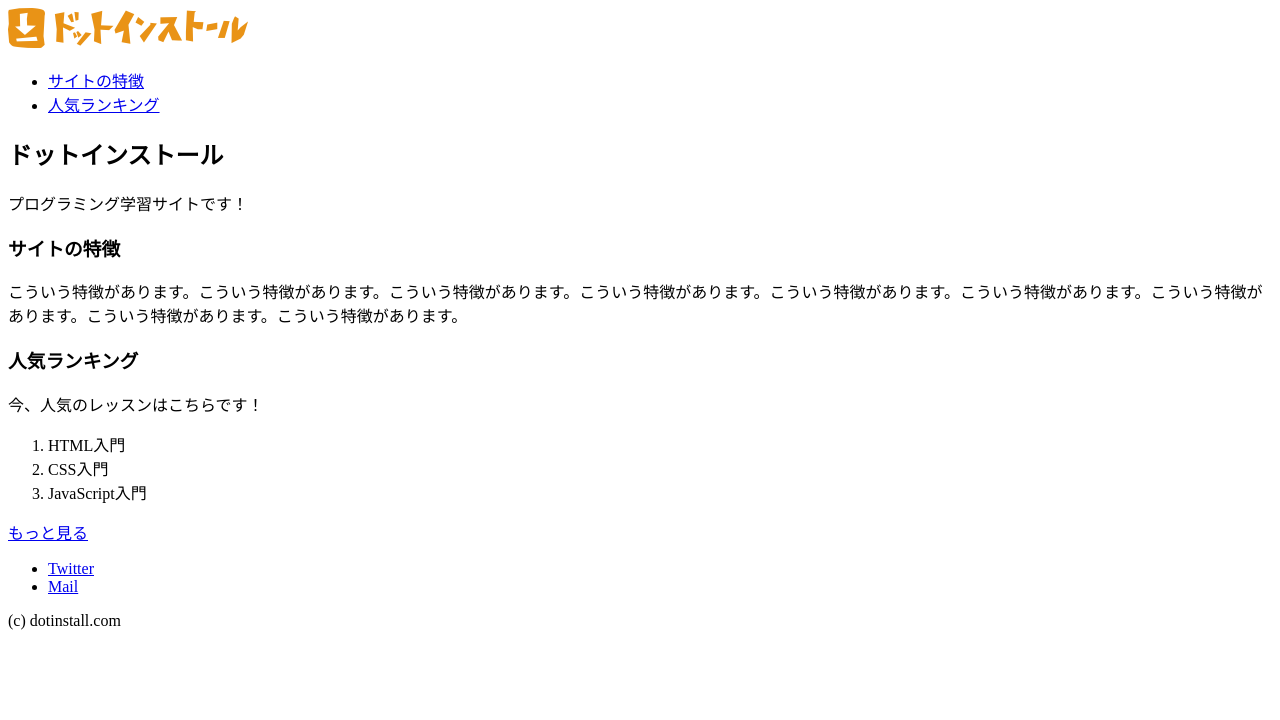
Repository: kojimayu/dotinstall-html
Page: index.html
The author's editor kept a copy of each file at every save. The page is drawn from the files as they stood at one save, then again after the next save.
The browser window is 1280 px wide. The pictures show the whole page.

Above is the page before, as saved 2019-04-05 10:34:55.

After the next save:
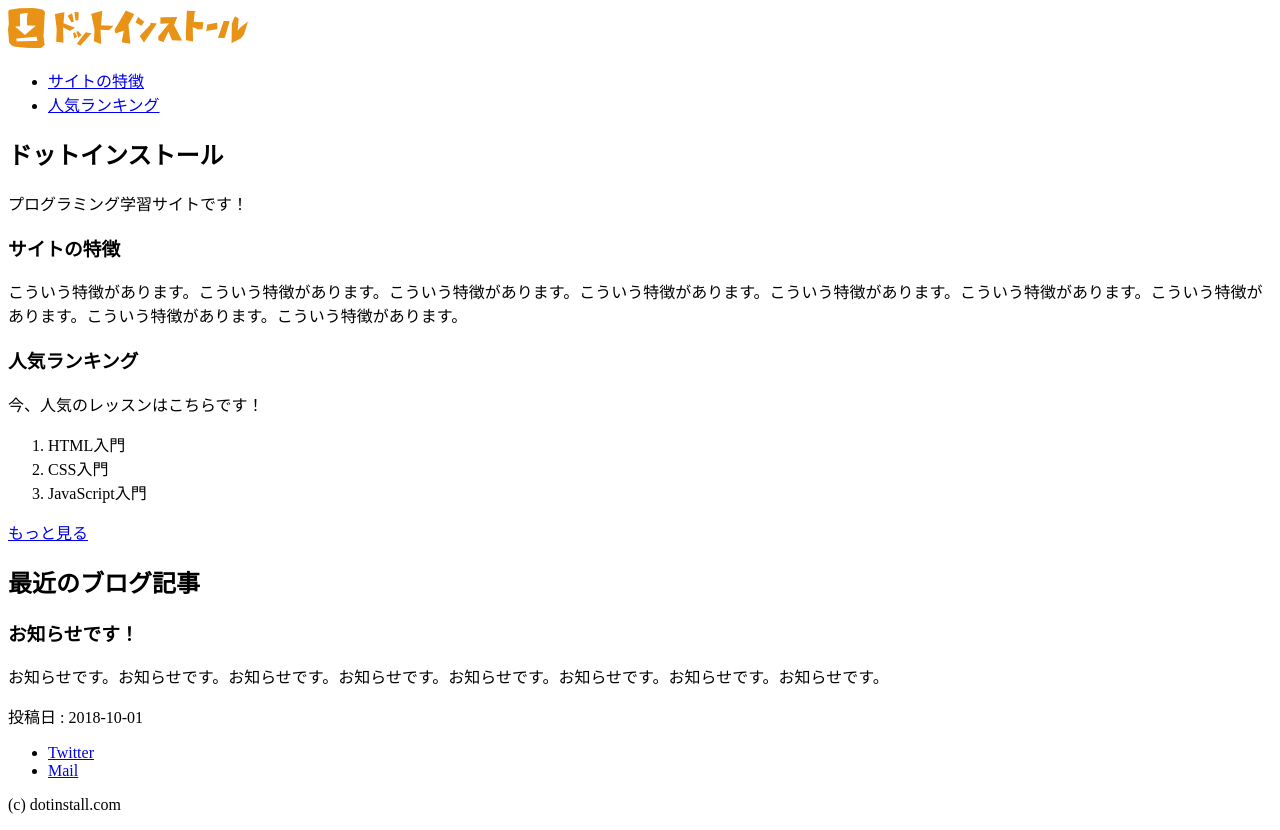
Saved 21 min 19 s later.
--- a/index.html
+++ b/index.html
@@ -39,6 +39,20 @@
     </section>
   </section>
 
+  <section>
+    <h1>最近のブログ記事</h1>
+    <article>
+      <h1>お知らせです！</h1>
+      <p>お知らせです。お知らせです。お知らせです。お知らせです。お知らせです。お知らせです。お知らせです。お知らせです。</p>
+      <footer>
+        <p>
+          投稿日 :
+          <time>2018-10-01</time>
+        </p>
+      </footer>
+    </article>
+  </section>
+
   <footer>
     <ul>
       <li><a href="https://twitter.com/dotinstall" target="_blank">Twitter</a></li>
